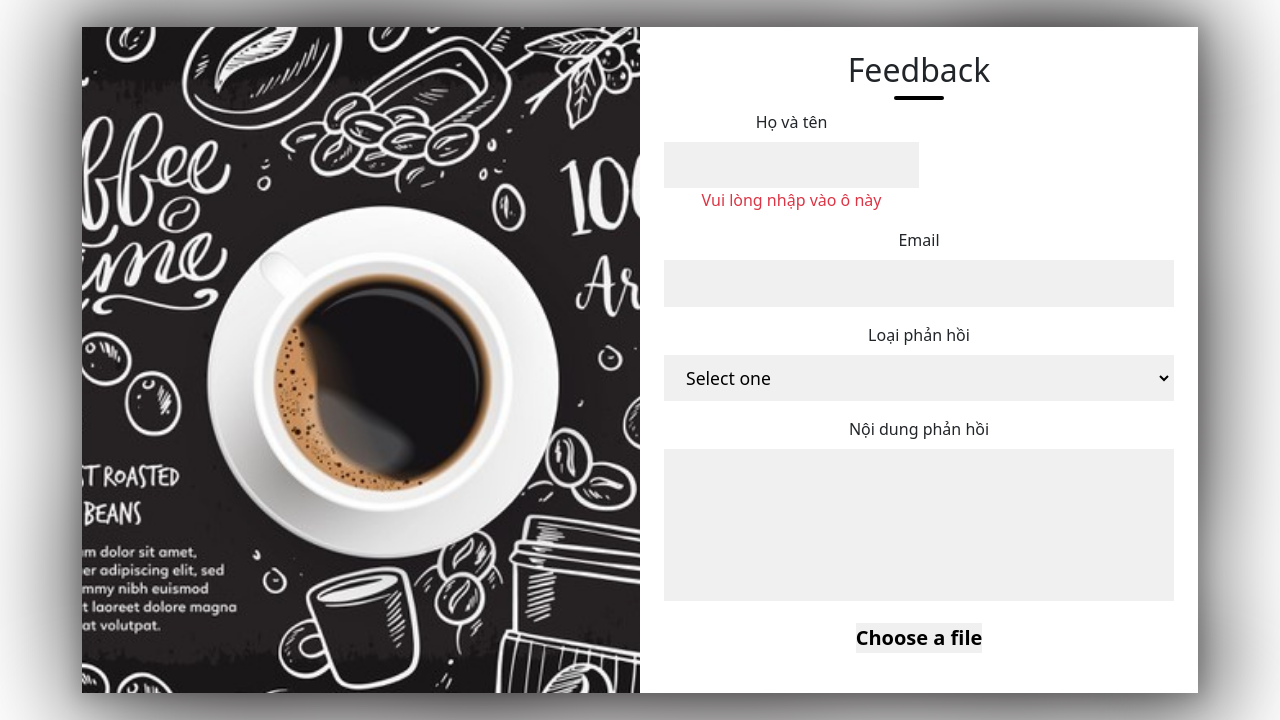
Repository: LeDongGyC/html-css
Page: HTML CSS/prototype/index.html
The author's editor kept a copy of each file at every save. The page is drawn from the files as they stood at one save, then again after a run of saves.
The browser window is 1280 px wide. The pictures show the whole page.
The style sheet was rebuilt from its Sass, Less or Tailwind sources for each picture, by a compiler version that may differ from the author's.

Above is the page before, as saved 2023-05-24 10:42:41.

### HTML CSS/prototype/index.html
<!doctype html>
<html lang="en">

<head>
  <title>Title</title>
  <!-- Required meta tags -->
  <meta charset="utf-8">
  <meta name="viewport" content="width=device-width, initial-scale=1, shrink-to-fit=no">
  <link rel="stylesheet" href="style.css">
  <link rel="stylesheet" href="reset.css">
  <!-- <script src="index.js"></script> Bootstrap CSS v5.2.1 -->
  <script>
    var inputs = document.querySelectorAll('.inputfile');
    Array.prototype.forEach.call(inputs, function (input) {
      var label = input.nextElementSibling,
        labelVal = label.innerHTML;
      input.addEventListener('change', function (e) {
        var fileName = '';
        if (this.files && this.files.length > 1)
          fileName = (this.getAttribute('data-multiple-caption') || '').replace('{count}', this.files.length);
        else
          fileName = e.target.value.split('\\').pop();

        if (fileName)
          label.querySelector('span').innerHTML = fileName;
        else
          label.innerHTML = labelVal;
      });
    });
  </script>
  <link href="https://cdn.jsdelivr.net/npm/bootstrap@5.2.1/dist/css/bootstrap.min.css" rel="stylesheet"
    integrity="sha384-iYQeCzEYFbKjA/T2uDLTpkwGzCiq6soy8tYaI1GyVh/UjpbCx/TYkiZhlZB6+fzT" crossorigin="anonymous">

</head>

<body>
  <div class="container">
    <div class="feedback-box">
      <div class="feedback-box_left"></div>
      <div class="feedback-box_right">
        <h2 class="feedback-box_right-title">Feedback</h2>
        <div class="mb-3 col-md-6">
          <label for="name" class="form-label">Họ và tên</label>
          <input type="text" class=" feedback-box_right-item" name="" id="name" aria-describedby="helpId"
            placeholder="">
            <span class="text-danger">Vui lòng nhập vào ô này</span>
        </div>
        <div class="mb-3" col-md>
          <label for="email" class="form-label">Email</label>
          <input type="text" class=" feedback-box_right-item" name="" id="email" aria-describedby="helpId"
            placeholder="">
        </div>
        <div class="mb-3">
          <label for="typeFeedback" class="form-label">Loại phản hồi</label>
          <select class="feedback-box_right-item " name="" id="typeFeedback">
            <option selected disabled>Select one</option>
            <option value="" class="feedback-box_right-item-selected">Option 1</option>
            <option value="" class="feedback-box_right-item-selected">Option 2</option>
            <option value="" class="feedback-box_right-item-selected">Option 3</option>
          </select>
        </div>
        <div class="mb-3">
          <label for="feedback" class="form-label">Nội dung phản hồi</label>
          <textarea type="" class=" feedback-box_right-item" name="" id="feedback" aria-describedby="helpId"
            placeholder="" rows="5"></textarea>
        </div>
        <div class="mb-3">
          <input type="file" name="file" id="file" class="inputfile" data-multiple-caption="{count} files selected"
            multiple />
          <label for="file">Choose a file</label>
        </div>
      </div>
    </div>
  </div>
  <!-- Bootstrap JavaScript Libraries -->
  <!-- <script src="https://cdn.jsdelivr.net/npm/@popperjs/core@2.11.6/dist/umd/popper.min.js"
    integrity="sha384-oBqDVmMz9ATKxIep9tiCxS/Z9fNfEXiDAYTujMAeBAsjFuCZSmKbSSUnQlmh/jp3" crossorigin="anonymous">
    </script>

  <script src="https://cdn.jsdelivr.net/npm/bootstrap@5.2.1/dist/js/bootstrap.min.js"
    integrity="sha384-7VPbUDkoPSGFnVtYi0QogXtr74QeVeeIs99Qfg5YCF+TidwNdjvaKZX19NZ/e6oz" crossorigin="anonymous">
    </script> -->
</body>

</html>

### HTML CSS/prototype/style.scss
* {
  box-sizing: border-box;
}
html {
  font-size: 62.5%;
}
body {
  font-size: 1.6rem;
  font-family: "Arial", sans-serif;
  font-weight: normal;
  height: 100vh;
  width: 100%;
}
.container {
  position: relative;
  width: 100%;
  height: 100%;
  display: flex;
  justify-content: center;
  align-items: center;
  padding: 2rem 10rem;
  &::after {
    position: sticky;
    content: "";
    position: absolute;
    width: 100%;
    height: 100%;
    left: 0;
    top: 0;
    background: url("cafe.jpg") no-repeat center;
    background-size: cover;
    filter: blur(50px);
    z-index: -1;
  }
}
.feedback-box {
  max-width: 85rem;
  // min-width: 70vw;
  display: grid;
  grid-template-columns: repeat(2, 1fr);
  justify-content: center;
  align-items: center;
  text-align: center;
  background-color: #fff;
  box-shadow: 0px 0px 19px 5px rgba(0, 0, 0, 0.19);
  &_left {
    background: url("cafe.jpg") no-repeat center;
    display: block;
    background-size: cover;
    // object-fit: cover;
    height: 100%;
  }
  &_right {
    padding: 1.5rem;
    &-title {
      position: relative;
      padding: 0 0 10px;
      margin-bottom: 10px;
      &::after {
        content: "";
        position: absolute;
        left: 50%;
        bottom: 0;
        transform: translateX(-50%);
        height: 4px;
        width: 50px;
        border-radius: 2px;
        background-color: black;
      }
    }
    &-item {
      width: 100%;
      border: 2px solid rgba(0, 0, 0, 0);
      outline: none;
      background-color: rgba(230, 230, 230, 0.6);
      padding: 0.5rem 1rem;
      font-size: 1.1rem;
      //   margin-bottom: 22px;
      transition: 0.3s;
      &:hover {
        background-color: rgba(0, 0, 0, 0.1);
      }
      &:focus {
        border: 2px solid rgba(30, 85, 250, 0.47);
        background-color: #fff;
      }
      &:last-child {
        resize: none;
      }
    }
  }
}
.inputfile {
  width: 0.1px;
  height: 0.1px;
  opacity: 0;
  overflow: hidden;
  position: absolute;
  z-index: -1;
}
.inputfile + label {
  font-size: 1.25em;
  font-weight: 700;
  color: black;
  background-color: rgba(230, 230, 230, 0.6);
  display: inline-block;
  cursor: pointer;
}

.inputfile:focus + label,
.inputfile + label:hover {
  color: rgba(30, 85, 250, 0.47);
  background-color: rgba(0, 0, 0, 0.1);
}

Loaded but not shown: HTML CSS/prototype/reset.css (common file)

After the next 2 saves:
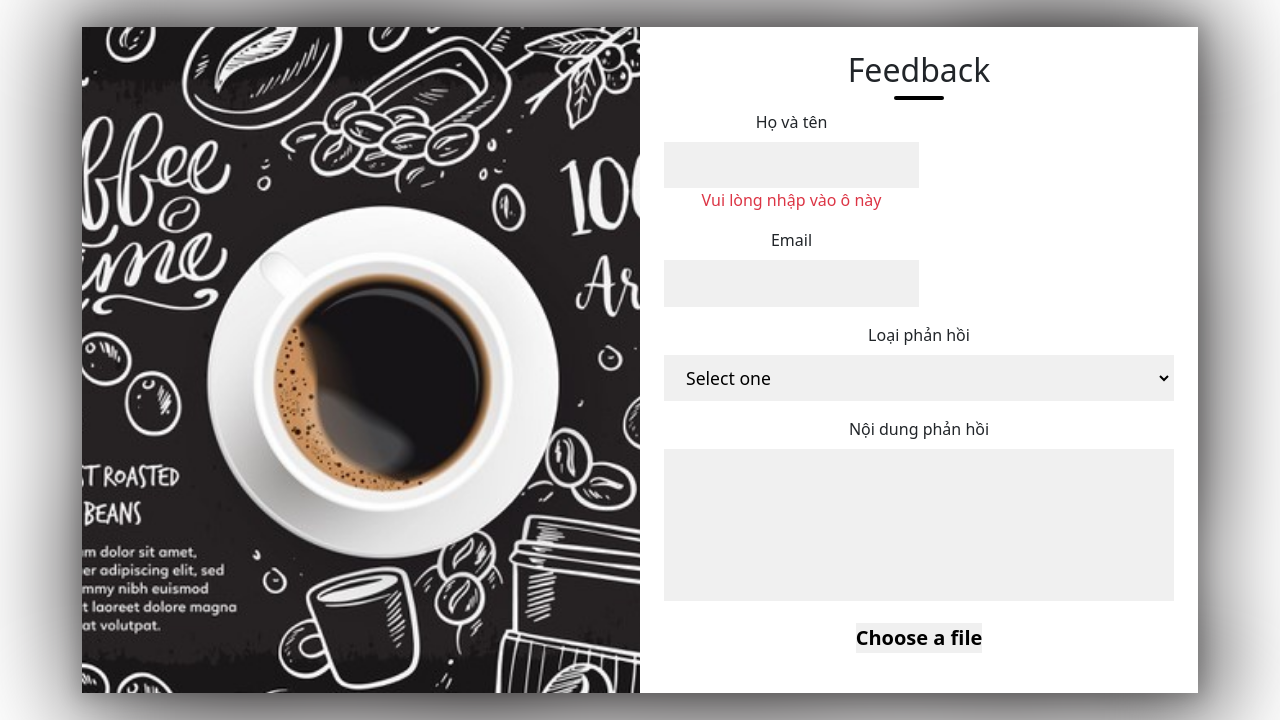
The 2 saves are shown as one change because they came seconds apart.
The last was saved 7 s later.
--- a/HTML CSS/prototype/index.html
+++ b/HTML CSS/prototype/index.html
@@ -45,7 +45,7 @@
             placeholder="">
             <span class="text-danger">Vui lòng nhập vào ô này</span>
         </div>
-        <div class="mb-3" col-md>
+        <div class="mb-3 col-md-6">
           <label for="email" class="form-label">Email</label>
           <input type="text" class=" feedback-box_right-item" name="" id="email" aria-describedby="helpId"
             placeholder="">
